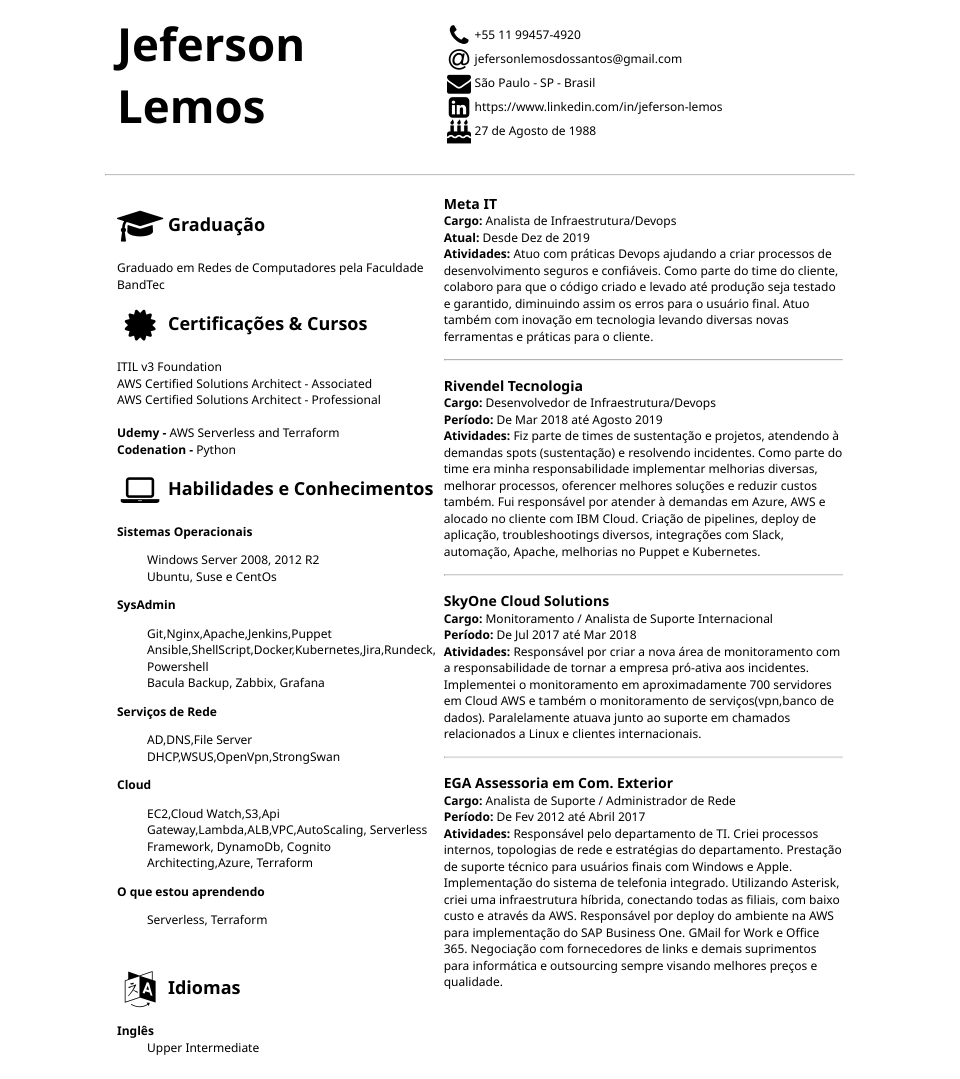
Repository: jefersonlemos/Resume-pt
Page: index.html
These files come from the project's save history. The page is drawn as it stood at one moment and after the next save; the edit follows.
The browser window is 1280 px wide. The pictures show the whole page, at 75% of full size.

Above is the page before, as saved 2020-06-15 11:38:18.

### index.html
<!DOCTYPE html>

<html lang="en">
<head>
    <meta charset="utf-8" />
    <title>Jeferson Lemos PT</title>
    <link rel="stylesheet" href="./css/normalize.css" type="text/css" />
    <link rel="stylesheet" href="./css/app.css" type="text/css" />
    <link rel="stylesheet" href="./css/font-awesome.min.css" type="text/css" />
</head>
<body>
    <div class="content">
        <header>
            <section>
                <h1>Jeferson <br />Lemos</h1>
            </section>
            <section>
                <ul>
                    <li>
                        <i class="fa fa-fw fa-2x fa-phone"></i>+55 11 99457-4920
                    </li>
                    <li>
                        <i class="fa fa-fw fa-2x fa-at"></i>jefersonlemosdossantos@gmail.com
                    </li>
                    <li>
                        <i class="fa fa-fw fa-2x fa-envelope"></i>São Paulo - SP - Brasil
                    </li>
                    <li>
                        <i class="fa fa-fw fa-2x fa-linkedin-square"></i>https://www.linkedin.com/in/jeferson-lemos
                    </li>
                    <li>
                        <i class="fa fa-fw fa-2x fa-birthday-cake"></i>27 de Agosto de 1988
                    </li>
                </ul>
            </section>
        </header>
        <hr />
        <main>
            <section>
                <article>
                    <h2><i class="fa fa-fw fa-2x fa-graduation-cap"></i> Graduação</h2>
                        Graduado em Redes de Computadores pela Faculdade BandTec

                </article>
                <article>
                    <h2><i class="fa fa-fw fa-2x fa-certificate"></i> Certificações & Cursos</h2>

                        ITIL v3 Foundation </br>
                        AWS Certified Solutions Architect - Associated </br>
                        AWS Certified Solutions Architect - Professional</br>
						</br>

					<b>Udemy - </b>AWS Serverless and Terraform</br>
					<b>Codenation - </b> Python </br>

                </article>
				 <article>
                    <h2><i class="fa fa-fw fa-2x fa-laptop"></i> Habilidades e Conhecimentos</h2>
                    <dl>
                        <dt>Sistemas Operacionais</dt>
                        <dd>
                            <ul>
                                <li>Windows Server 2008, 2012 R2</li>
                                <li>Ubuntu, Suse e CentOs</li>
                            </ul>
                        </dd>
                        <dt>SysAdmin</dt>
                        <dd>
                            <ul>
                                <li>Git,Nginx,Apache,Jenkins,Puppet</li>
                                <li>Ansible,ShellScript,Docker,Kubernetes,Jira,Rundeck, Powershell </li>
                                <li>Bacula Backup, Zabbix, Grafana</li>

                            </ul>
                        </dd>
                        <dt>Serviços de Rede</dt>
                        <dd>
                            <ul>
                                <li>AD,DNS,File Server DHCP,WSUS,OpenVpn,StrongSwan</li>
                            </ul>
                        </dd>
                        <dt>Cloud</dt>
                        <dd>
                            <ul>
                                <li>EC2,Cloud Watch,S3,Api Gateway,Lambda,ALB,VPC,AutoScaling, Serverless Framework, DynamoDb, Cognito</li>
                                <li>Architecting,Azure, Terraform </li>
                            </ul>
                        </dd>
                        <dt>O que estou aprendendo</dt>
                        <dd>
                            <ul>
                                <li>Serverless, Terraform</li>
                            </ul>
                        </dd>
                    </dl>
                </article>
                <br />
                <article>
                    <h2><i class="fa fa-fw fa-2x fa-language"></i> Idiomas</h2>
                    <dl>
                        <dt>Inglês</dt>
                        <dd>Upper Intermediate</dd>
                    </dl>
                </article>
            </section>
            <section>
                <article>
                    <h3>Meta IT</h3>
                    <strong>Cargo:</strong> Analista de Infraestrutura/Devops <br />
                    <strong>Atual:</strong> Desde Dez de 2019<br />
                    <strong>Atividades:</strong> Atuo com práticas Devops ajudando a criar processos de desenvolvimento seguros e confiáveis. Como parte do time do cliente,
                     colaboro para que o código criado e levado até produção seja testado e garantido, diminuindo assim os erros para o usuário final.
                     Atuo também com inovação em tecnologia levando diversas novas ferramentas e práticas para o cliente.
                    <hr />
					<h3>Rivendel Tecnologia</h3>
                    <strong>Cargo:</strong> Desenvolvedor de Infraestrutura/Devops <br />
                    <strong>Período:</strong> De Mar 2018 até Agosto 2019<br />
                    <strong>Atividades:</strong> Fiz parte de times de sustentação e projetos, atendendo à demandas spots (sustentação) e resolvendo incidentes.
                    Como parte do time era minha responsabilidade implementar melhorias diversas, melhorar processos, oferencer melhores soluções e reduzir custos também.
                    Fui responsável por atender à demandas em Azure, AWS e alocado no cliente com IBM Cloud. Criação de pipelines, deploy de aplicação, troubleshootings diversos,
                     integrações com Slack, automação, Apache, melhorias no Puppet e Kubernetes.
                    <hr />
		            <h3>SkyOne Cloud Solutions</h3>
                    <strong>Cargo:</strong> Monitoramento / Analista de Suporte Internacional <br />
                    <strong>Período:</strong> De Jul 2017 até Mar 2018<br />
                    <strong>Atividades:</strong> Responsável por criar a nova área de monitoramento com a responsabilidade de tornar a empresa pró-ativa aos incidentes.
                    Implementei o monitoramento em aproximadamente 700 servidores em Cloud AWS e também o monitoramento de serviços(vpn,banco de dados).
			        Paralelamente atuava junto ao suporte em chamados relacionados a Linux e clientes internacionais.
                    <hr />
                    <h3>EGA Assessoria em Com. Exterior</h3>
                    <strong>Cargo:</strong> Analista de Suporte / Administrador de Rede  <br />
                    <strong>Período:</strong> De Fev 2012 até Abril 2017<br />
                    <strong>Atividades:</strong> Responsável pelo departamento de TI. Criei processos internos, topologias de rede e estratégias do departamento.
                    Prestação de suporte técnico para usuários finais com Windows e Apple. Implementação do sistema de telefonia integrado. Utilizando Asterisk,
                    criei uma infraestrutura híbrida, conectando todas as filiais, com baixo custo e através da AWS. Responsável por deploy do ambiente na AWS para
                    implementação do SAP Business One. GMail for Work e Office 365. Negociação com fornecedores de links e demais suprimentos para informática e outsourcing
                    sempre visando melhores preços e qualidade.
                    <!-- <hr />
                    <h3>Kosmos Tecnologia</h3>
                    <strong>Cargo:</strong> Empreendedor<br />
                    <strong>Período:</strong> De Nov 2009 até Fev 2012<br />
                    <strong>Atividades:</strong> Eu fui um empreendedor e fui responsável por prover suporte técnico (hardware e software) para os clientes.
                    Fui também responsável por procurar novos clientes.
                    Prestei consultoria para pequenas empresas montando novos escritórios, criando websites, politicas de rede, backups e melhorias na rede.
                    Migrei um grande site chamado famosidades.com.br de um pequeno hosting para um hosting maior e mais seguro, migrei de Windows para Linux.
                    <hr /> -->
                   <!-- <h3>Stefanini IT Solutions</h3>
                    <strong>Cargo:</strong> Analista de Suporte I & II<br />
                    <strong>Periodo:</strong> De Nov 2008 até Nov 2009<br />
                    <strong>Atividades :</strong> Meu primeiro emprego, eu prestei suporte técnico em início de carreira. Participei de um projeto de migração de
                    1000 hosts de um domínio Windows 2003 para um novo domínio WIndows 2008.
                    <hr />-->
                </article>
            </section>
        </main>
        <footer>

        </footer>
    </div>
</body>
</html>

### css/app.css
body {
    font-family: 'Segoe UI', sans-serif;
}

.content {
    width: 1000px;
    margin: 0 auto;
}

header,
main {
    display: flex;
    padding: 1rem;
}

    header section,
    main section {
        -ms-flex: 1;
        flex: 1;
    }
    header section:first-child,
    main section:first-child {
        max-width: 45%;
    }

header h1 {
    font-size: 3.8rem;
    margin: 0;
}
main h3 {
    margin: 0;
}
main hr {
    margin: 20px 0;
}
header .fa,
main .fa {
    vertical-align: middle;
}
ul {
    list-style: none;
    padding: 0;
}

dt {
    font-weight: bold;
}

Loaded but not shown: css/normalize.css (library); css/font-awesome.min.css (library)

After the next save:
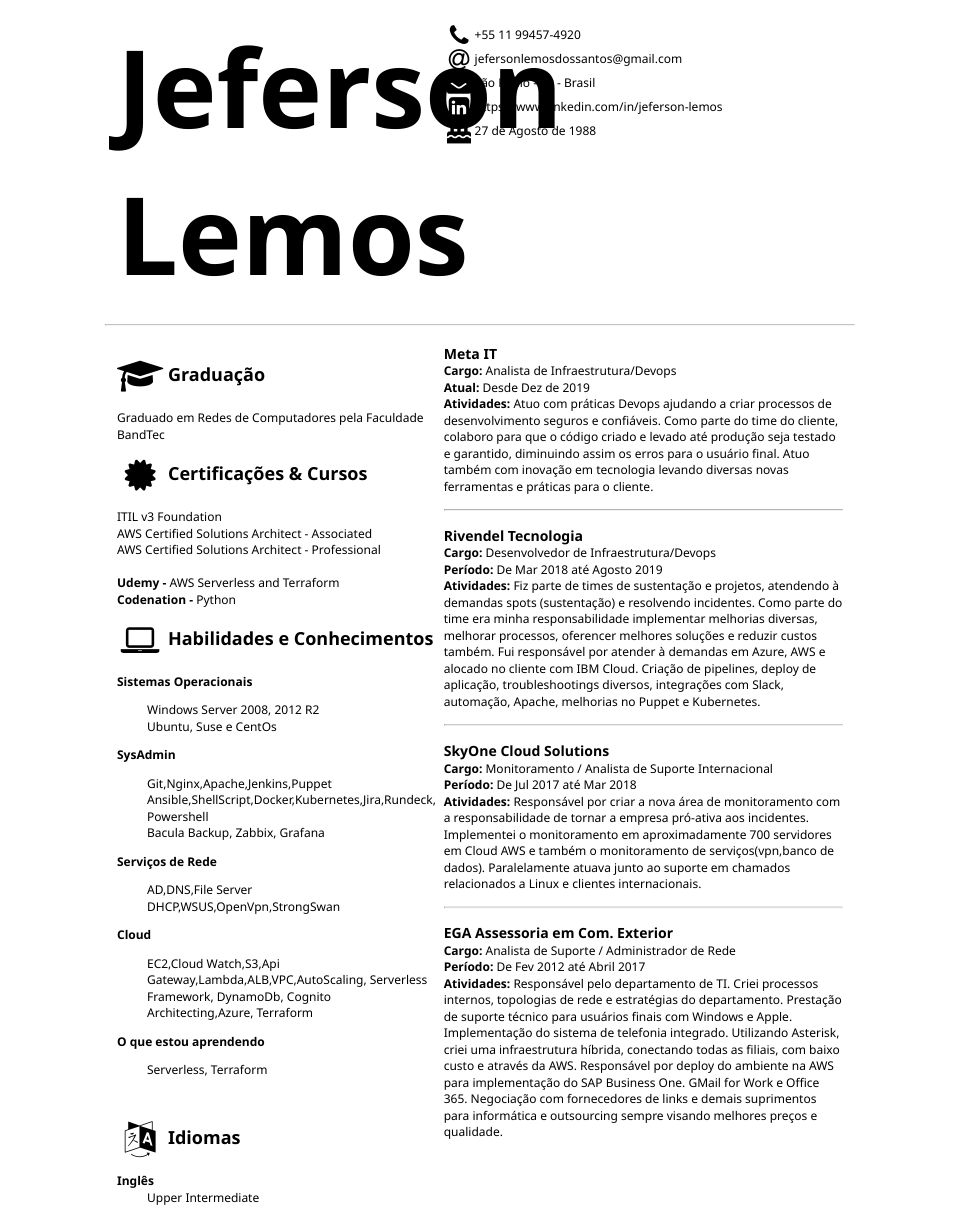
Saved 17 s later.
--- a/css/app.css
+++ b/css/app.css
@@ -24,7 +24,7 @@
     }
 
 header h1 {
-    font-size: 3.8rem;
+    font-size: 9rem;
     margin: 0;
 }
 main h3 {

After the save that followed:
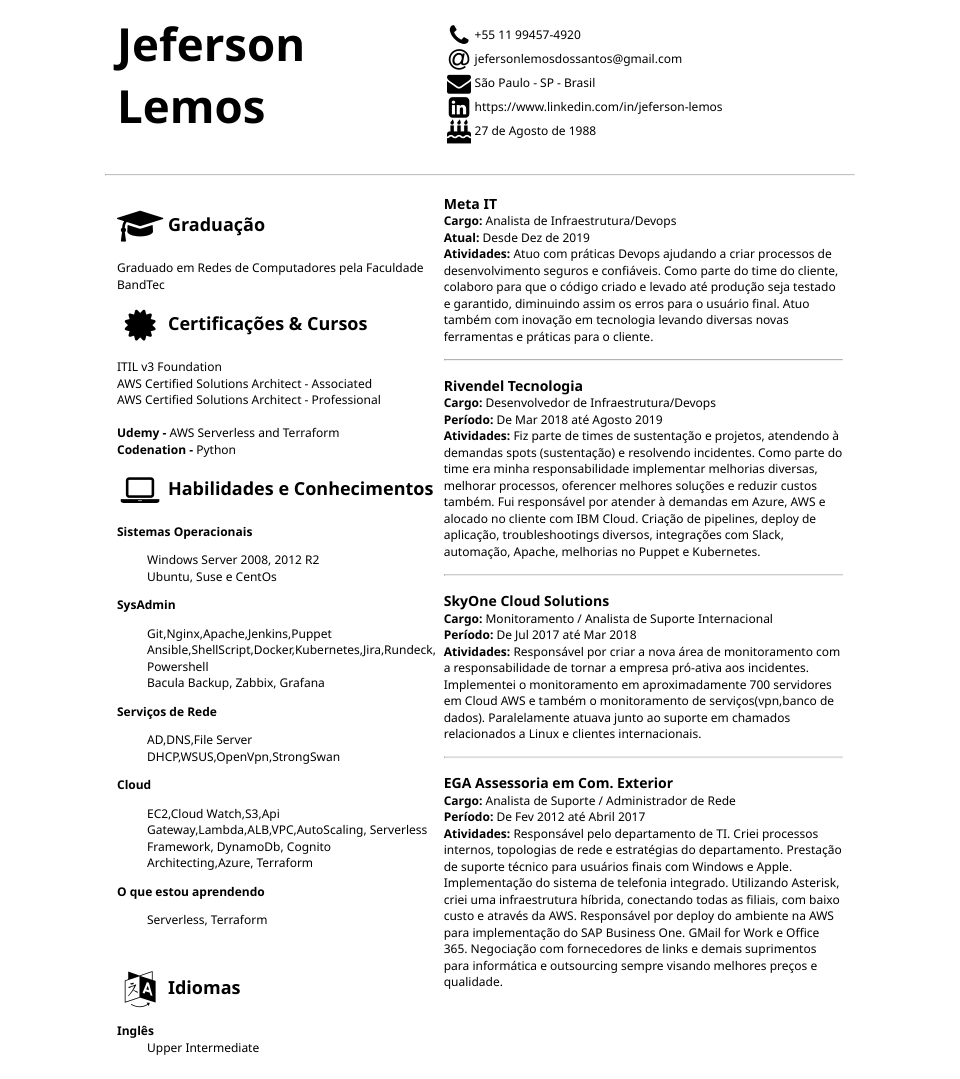
Saved 7 s later.
--- a/css/app.css
+++ b/css/app.css
@@ -24,7 +24,7 @@
     }
 
 header h1 {
-    font-size: 9rem;
+    font-size: 3.8rem;
     margin: 0;
 }
 main h3 {
